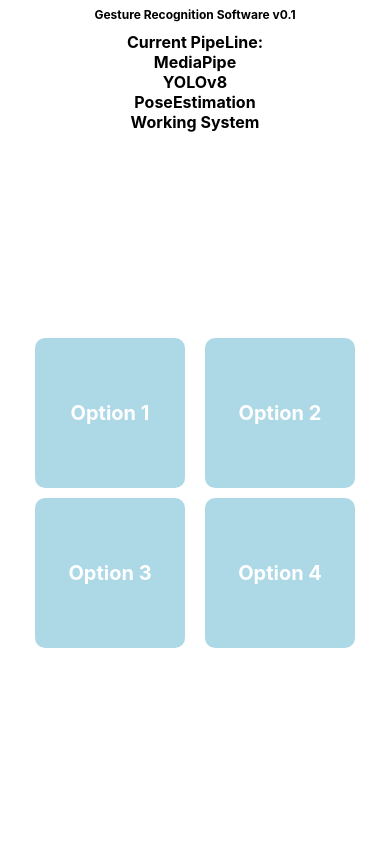
Repository: hajin-park/V-QUIP
Page: / (app in frontend/react-native-app/)
An editor plug-in stored every save of this project. The page is shown before and after the next save, followed by the edit.
The browser window is 390 px wide. The pictures show the whole page.
The app was drawn by React Native's web renderer in a window 390 px wide. The project was rebuilt for these pictures with package versions that can differ from the ones it lists, and the page was loaded fresh each time.

Above is the page before, as saved 2024-03-29 12:23:15.

### frontend/react-native-app/App.js
import { StatusBar } from 'expo-status-bar';
import { StyleSheet, Text, View, TouchableOpacity } from 'react-native';

export default function App() {
  const handleOptionClick = (option) => {
    // Handle click event for the selected option
    console.log(`Option ${option} clicked`);
  };

  return (
    <View style={styles.container}>
      <Text style={styles.title}>Gesture Recognition Software v0.1</Text>
      <View style={styles.infoBox}>
        <Text style={styles.infoText}>Current PipeLine:</Text>
        <Text style={styles.infoText}>MediaPipe</Text>
        <Text style={styles.infoText}>YOLOv8</Text>
        <Text style={styles.infoText}>PoseEstimation</Text>
        <Text style={styles.infoText}>Working System</Text>
      </View>
      <View style={styles.content}>
        <View style={styles.row}>
          <TouchableOpacity style={styles.box} onPress={() => handleOptionClick(1)}>
            <Text style={styles.text}>Option 1</Text>
          </TouchableOpacity>
          <TouchableOpacity style={styles.box} onPress={() => handleOptionClick(2)}>
            <Text style={styles.text}>Option 2</Text>
          </TouchableOpacity>
        </View>
        <View style={styles.row}>
          <TouchableOpacity style={styles.box} onPress={() => handleOptionClick(3)}>
            <Text style={styles.text}>Option 3</Text>
          </TouchableOpacity>
          <TouchableOpacity style={styles.box} onPress={() => handleOptionClick(4)}>
            <Text style={styles.text}>Option 4</Text>
          </TouchableOpacity>
        </View>
      </View>
      <StatusBar style="auto" />
    </View>
  );
}

const styles = StyleSheet.create({
  container: {
    flex: 1,
    backgroundColor: '#fff',
  },
  title: {
    fontSize: 12,
    fontWeight: 'bold',
    marginTop: 7,
    marginBottom: 10,
    textAlign: 'center',
  },
  infoBox: {
    alignItems: 'center',
    marginBottom: 20,
  },
  infoText: {
    fontSize: 16,
    fontWeight: 'bold',
    color: '#000000',
  },
  content: {
    flex: 1,
    alignItems: 'center',
    justifyContent: 'center',
  },
  row: {
    flexDirection: 'row',
    justifyContent: 'center',
    marginBottom: 10,
  },
  box: {
    width: 150,
    height: 150,
    backgroundColor: '#ADD8E6', // Light blue color
    borderRadius: 10, // Rounded edges
    alignItems: 'center',
    justifyContent: 'center',
    marginHorizontal: 10,
  },
  text: {
    fontSize: 20,
    fontWeight: 'bold',
    color: '#FFFFFF', // White text color
  },
});

After the next save:
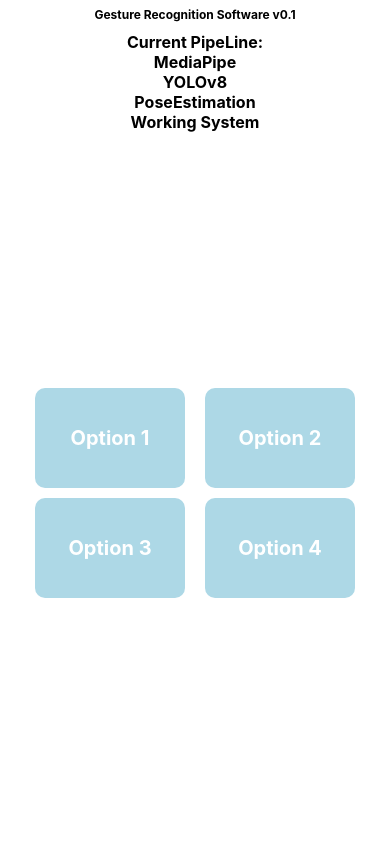
Saved 7 min 4 s later.
--- a/frontend/react-native-app/App.js
+++ b/frontend/react-native-app/App.js
@@ -73,7 +73,7 @@
   },
   box: {
     width: 150,
-    height: 150,
+    height: 100,
     backgroundColor: '#ADD8E6', // Light blue color
     borderRadius: 10, // Rounded edges
     alignItems: 'center',

After the save that followed:
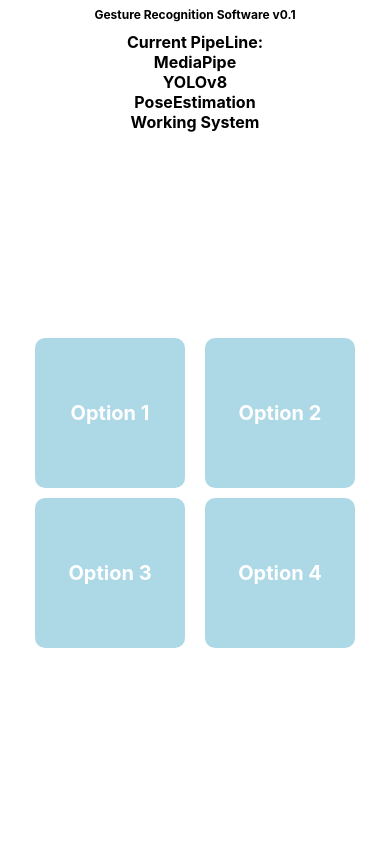
Saved 6 s later.
--- a/frontend/react-native-app/App.js
+++ b/frontend/react-native-app/App.js
@@ -73,7 +73,7 @@
   },
   box: {
     width: 150,
-    height: 100,
+    height: 150,
     backgroundColor: '#ADD8E6', // Light blue color
     borderRadius: 10, // Rounded edges
     alignItems: 'center',
